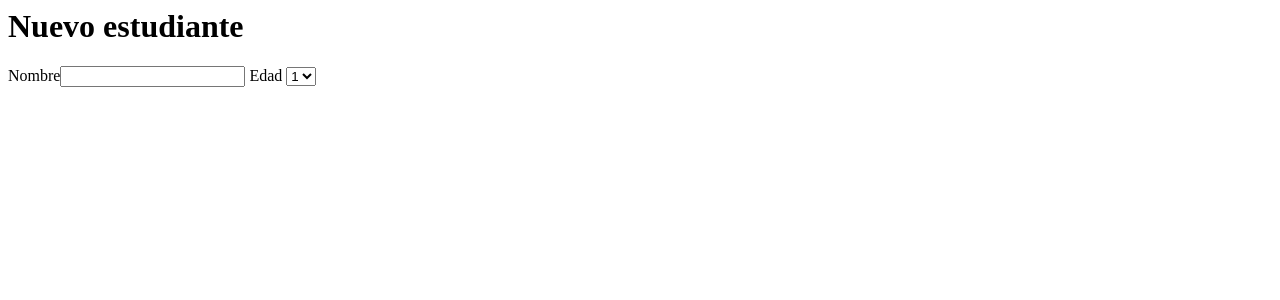
Repository: nicogcn/cursos-crud-jee
Page: angular-cursos/WebContent/zaix/createE.html
An editor plug-in stored every save of this project. The page is shown before and after the next save, followed by the edit.
The browser window is 1280 px wide. The pictures show the whole page.

Above is the page before, as saved 2017-05-03 00:00:52.

### angular-cursos/WebContent/zaix/createE.html
<div>
	<h1>Nuevo estudiante</h1>
	<form>
		<label>Nombre</label><input type="text">
		<label>Edad</label>
		<select>
			<script>
			for (var int = 15; int < 34; int++) {
				document.write("hola");
			}
			</script>
			<option>1</option>
		</select>

	</form>
</div>

After the next save:
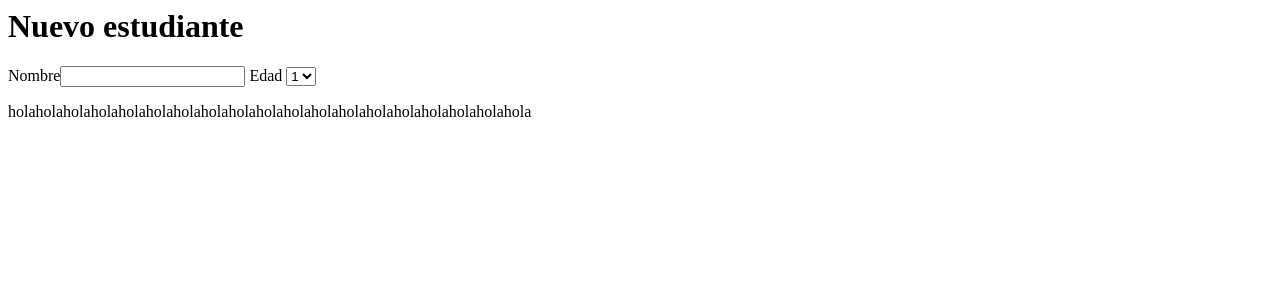
Saved 2 min 18 s later.
--- a/angular-cursos/WebContent/zaix/createE.html
+++ b/angular-cursos/WebContent/zaix/createE.html
@@ -4,13 +4,14 @@
 		<label>Nombre</label><input type="text">
 		<label>Edad</label>
 		<select>
-			<script>
+
+			<option>1</option>
+		</select>
+
+	</form>
+	<script>
 			for (var int = 15; int < 34; int++) {
 				document.write("hola");
 			}
 			</script>
-			<option>1</option>
-		</select>
-
-	</form>
 </div>
